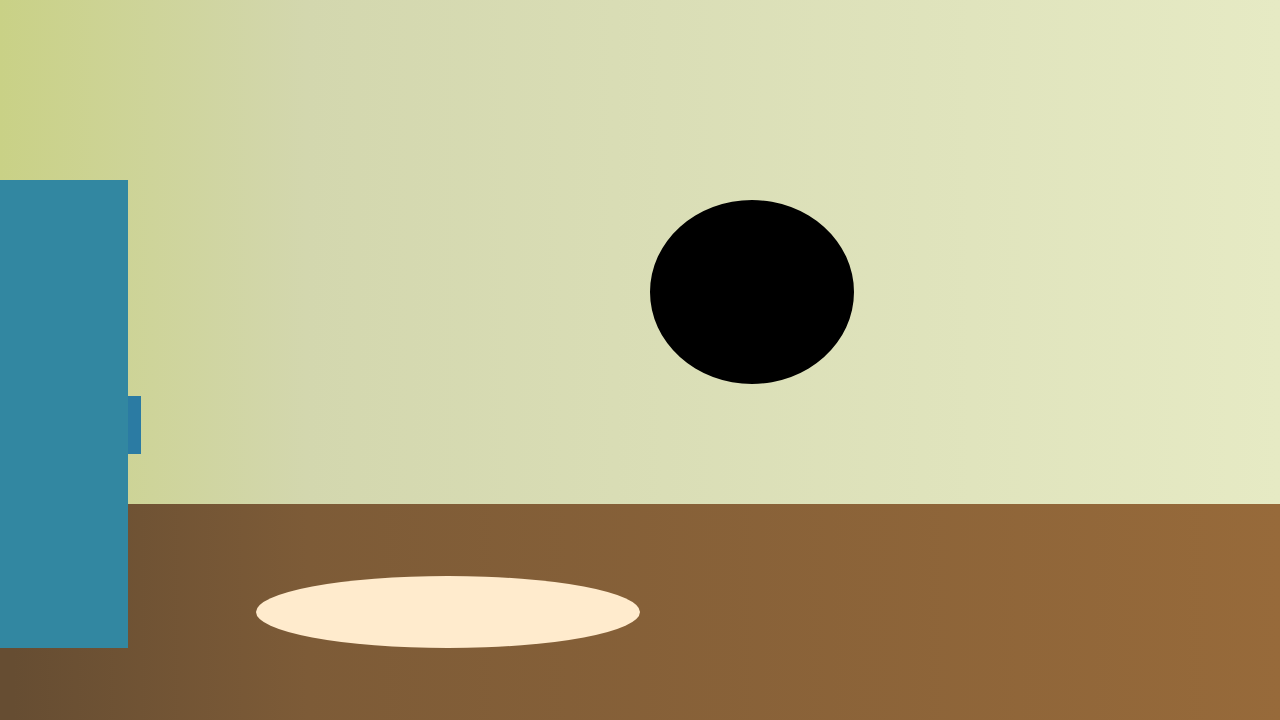
Repository: SandyLy453/COMP-2170-team-project
Page: index.html
An editor plug-in stored every save of this project. The page is shown before and after the next save, followed by the edit.
The browser window is 1280 px wide. The pictures show the whole page.

Above is the page before, as saved 2024-05-03 12:16:34.

After the next save:
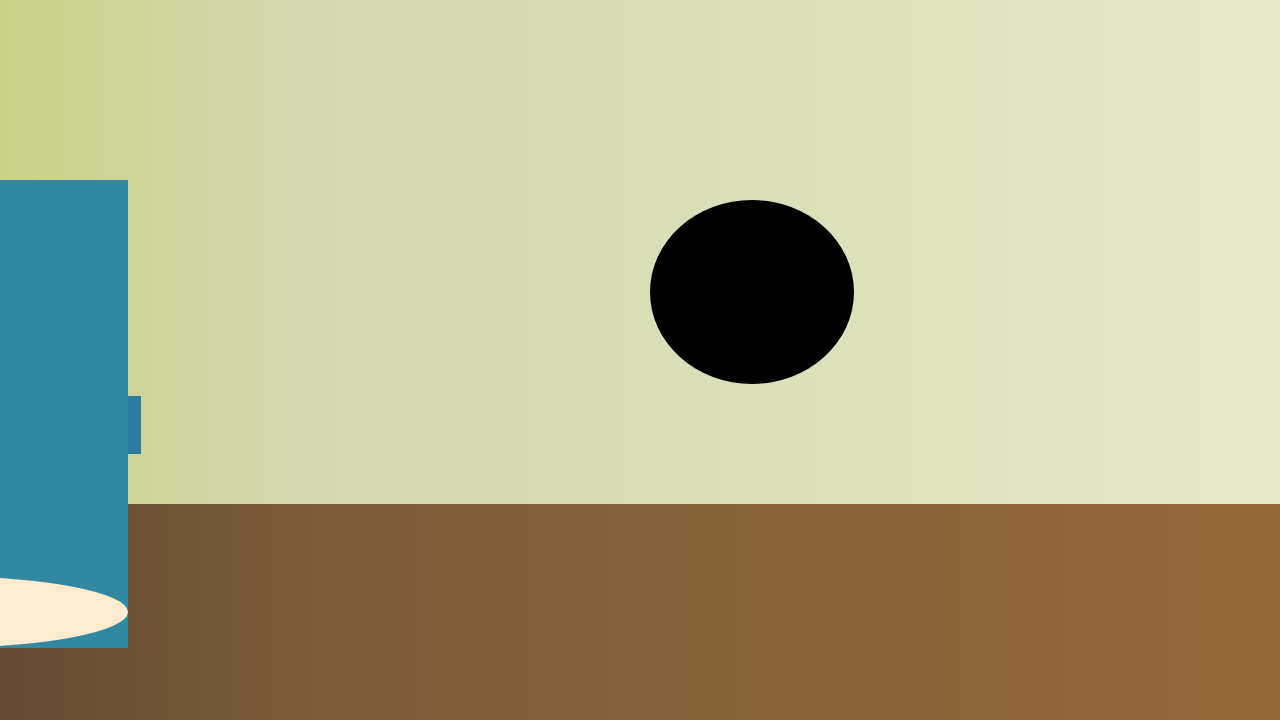
Saved 10 s later.
--- a/styles.css
+++ b/styles.css
@@ -45,7 +45,7 @@
     background-color: blanchedalmond;
     position: absolute;
     bottom: 10vh;
-    right: 50vw;
+    right: 90vw;
 }
 
 .window {}
